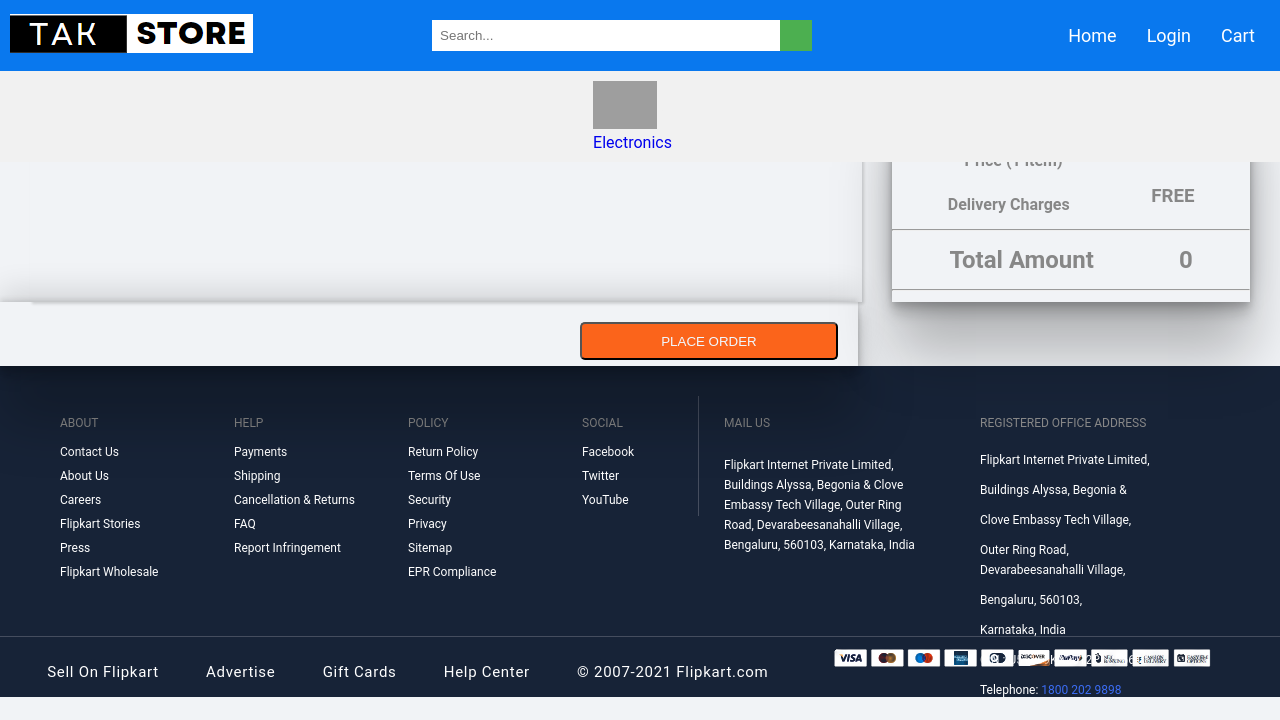
Repository: MSaifKhan01/TAK-Store
Page: PROJECT_Front/addTocart.html
The author's editor kept a copy of each file at every save. The page is drawn from the files as they stood at one save, then again after the next save.
The browser window is 1280 px wide. The pictures show the whole page.
Pictures or frames that could not be fetched are drawn as grey boxes. The page's requests for data from a server got no answer.

Above is the page before, as saved 2023-07-22 01:26:00.

After the next save:
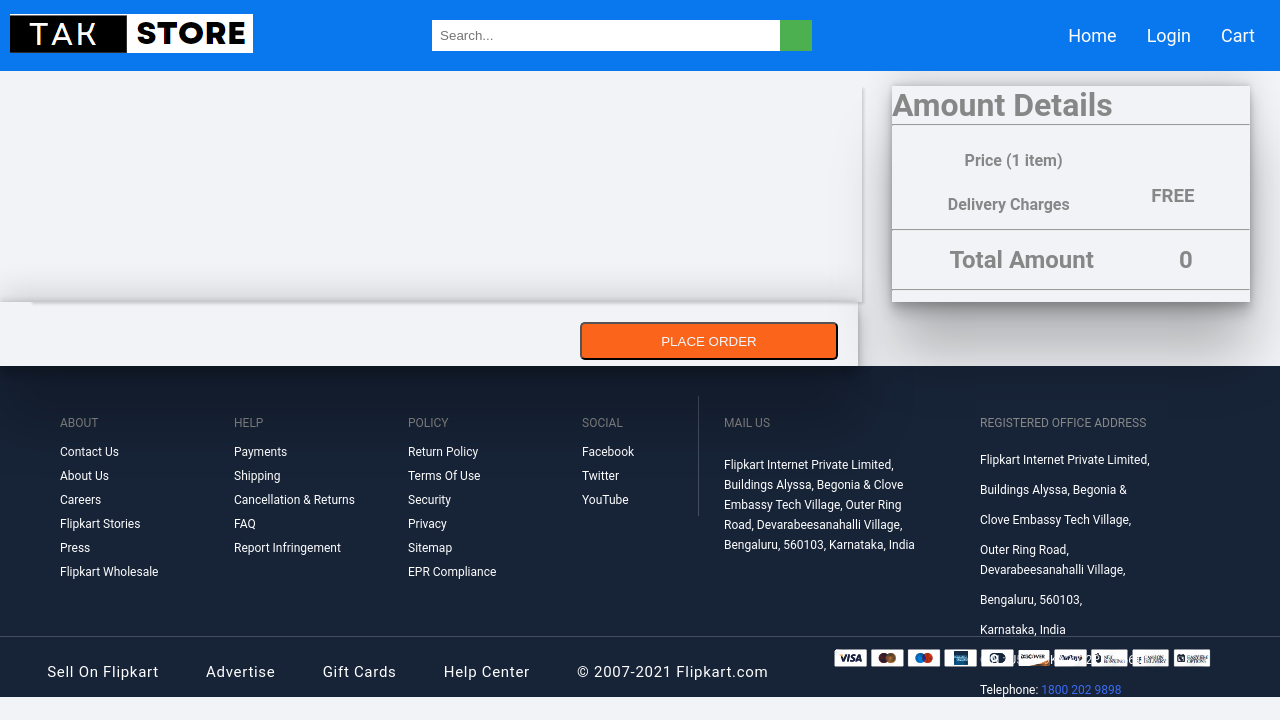
Saved 47 s later.
--- a/PROJECT_Front/addTocart.html
+++ b/PROJECT_Front/addTocart.html
@@ -46,7 +46,7 @@
           </ul>
         </nav>
 
-        <div class="sub-navbar">
+        <!-- <div class="sub-navbar">
           <div class="sub-navbar-item">
             <div class="subNav">
               <img
@@ -58,7 +58,7 @@
               >
             </div>
           </div>
-          <!-- <div class="sub-navbar-item">
+          <div class="sub-navbar-item">
             <div class="subNav">
               <img
                 src="https://rukminim1.flixcart.com/fk-p-flap/128/128/image/b3e1225e6bda1c9e.png?q=100"
@@ -99,8 +99,8 @@
                 >TVs & Appliances</a
               >
             </div>
-          </div> -->
-        </div>
+          </div>
+        </div> -->
       </header>
     <!-- nav end -->
 
